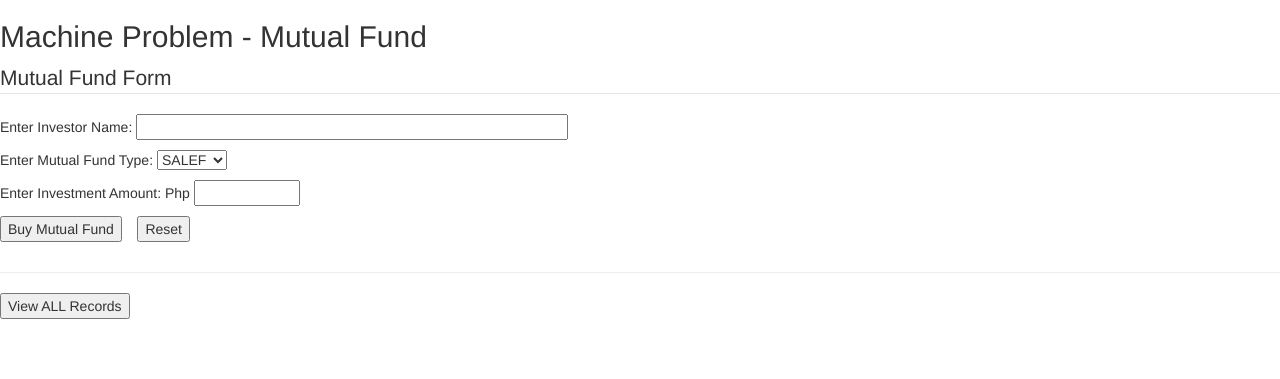
Repository: joshualaxamana/INFOSECWorkspace
Page: http://localhost/MachineProblem1/
An editor plug-in stored every save of this project. The page is shown before and after the next save, followed by the edit.
The browser window is 1280 px wide. The pictures show the whole page.
Some web libraries are served in a nearby version. The page is served by Tomcat 9.

Above is the page before, as saved 2017-11-19 16:28:32.

After the next save:
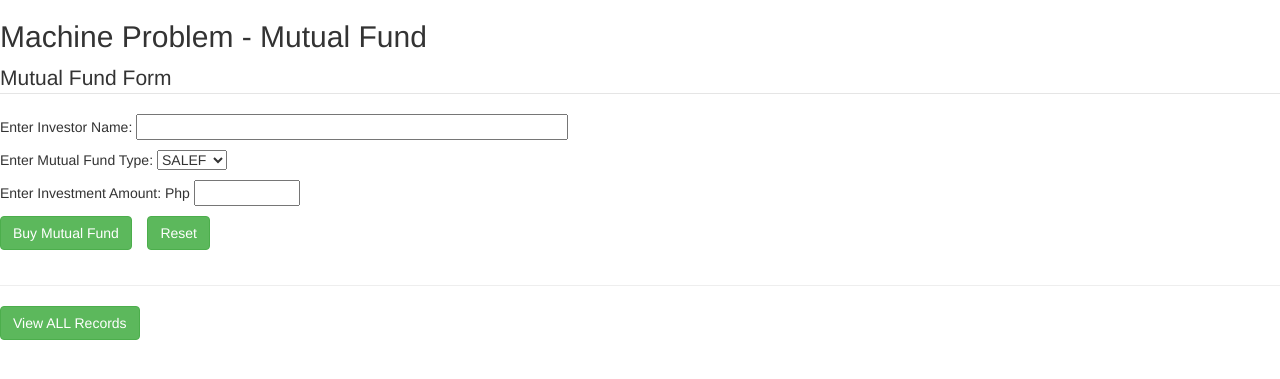
Saved 2 min 53 s later.
--- a/MachineProblem1/web/index.jsp
+++ b/MachineProblem1/web/index.jsp
@@ -15,7 +15,8 @@
 	<fieldset>
 		<legend>Mutual Fund Form</legend>
 		<form action='processmutualfund.action' method='post'>
-			<p>Enter Investor Name:
+		<div class="form-group">
+		<p>Enter Investor Name:
 				<input type='text' name='name' id='name'
 					size='50' required="required"/>
 			</p>
@@ -31,14 +32,17 @@
 					min="1000" max="10000000" required="required"/>
 			</p>
 			<p>
-				<input type="submit" value='Buy Mutual Fund'/>&nbsp;&nbsp;&nbsp;
-				<input type="reset"/>
+				<input class="btn btn-success" type="submit" value='Buy Mutual Fund'/>&nbsp;&nbsp;&nbsp;
+				<input class="btn btn-success"  type="reset"/>
 			</p>
+		</div>
 		</form>
 	</fieldset>
 	<hr/>
 	<form action="listallrecords.action">
-		<input type="submit" value="View ALL Records">
+	<div class="form-group">
+	<input class="btn btn-success" type="submit" value="View ALL Records">
+	</div>
 	</form>
 </body>
 </html>
